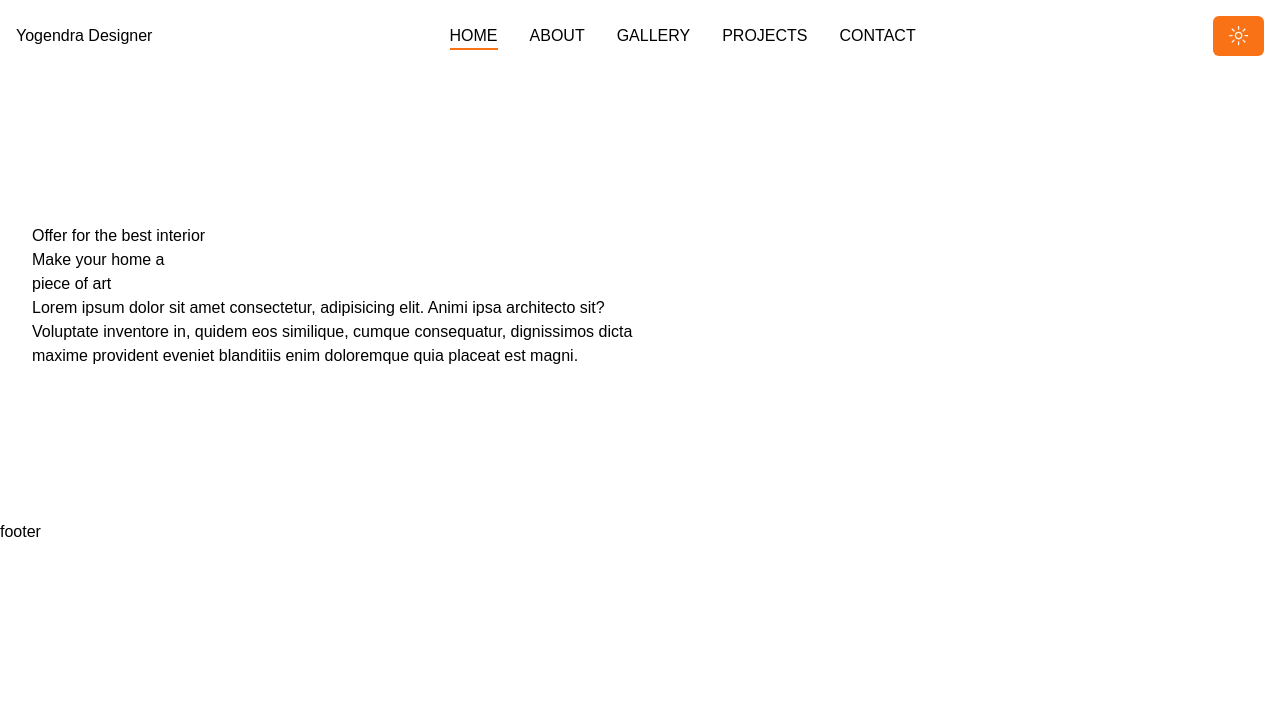
Repository: hitoutvrma/MB_designs-Interior-Designing-website
Page: /
An editor plug-in stored every save of this project. The page is shown before and after the next save, followed by the edit.
The browser window is 1280 px wide. The pictures show the whole page.
The project was rebuilt for these pictures with package versions that can differ from the ones it lists, and the page was loaded fresh each time. The framework's server and built-in components were replaced by stand-ins that run in the browser. Also part of the build but not shown: next.config.mjs.

Above is the page before, as saved 2024-09-13 16:11:34.

After the next save:
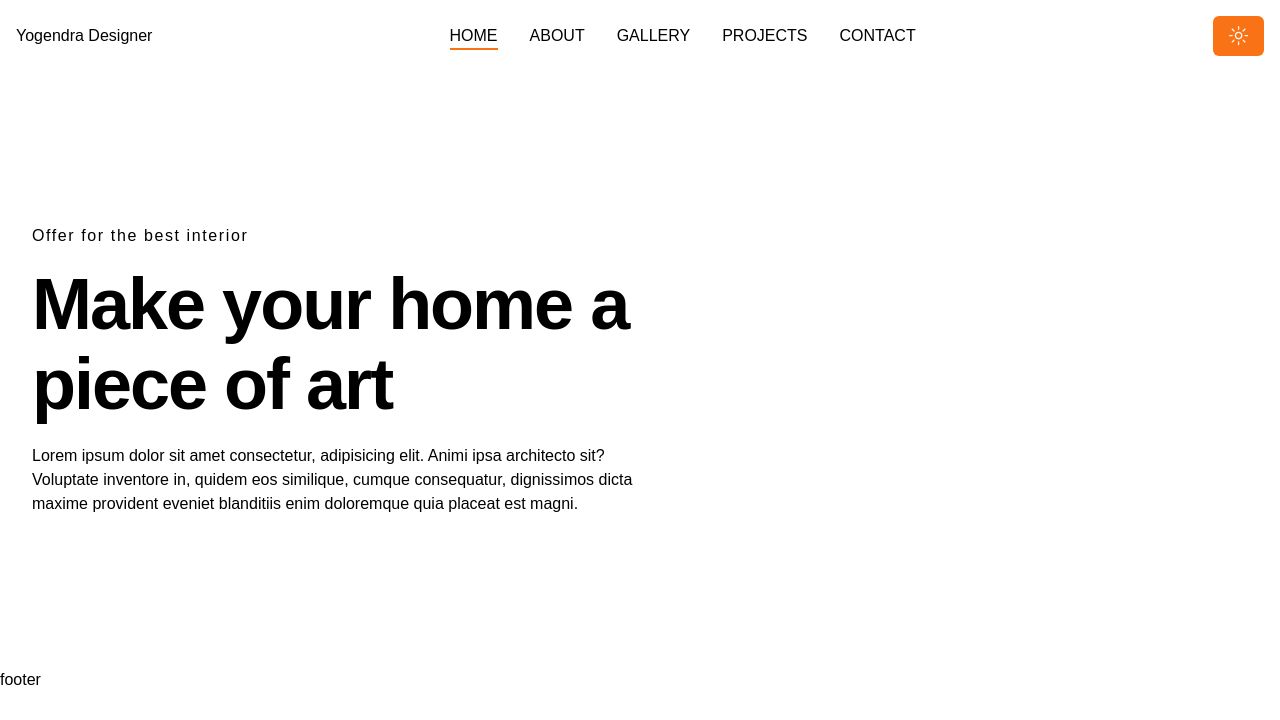
Saved 13 s later.
--- a/components/ui/HeroSection.jsx
+++ b/components/ui/HeroSection.jsx
@@ -4,15 +4,17 @@ const HeroSection = () => {
   return (
     <div className='container py-12 xl:py-24 px-8 h-[auto] text-center lg:py-0 lg:text-left lg:flex lg:justify-between'>
       <div className='lg:w-1/2 xl:py-14 lg:py-8'>
-        <p>Offer for the best interior</p>
-        <h1>
+        <p className='tracking-widest'>Offer for the best interior</p>
+        <h1 className='h1'>
         Make your home a <br/>piece of art
       </h1>
       <p>
         Lorem ipsum dolor sit amet consectetur, adipisicing elit. Animi ipsa architecto sit? Voluptate inventore in, quidem eos similique, cumque consequatur, dignissimos dicta maxime provident eveniet blanditiis enim doloremque quia placeat est magni.
       </p>
       </div>
+      <div className='w-1/2'>
 
+      </div>
     </div>
   )
 }
